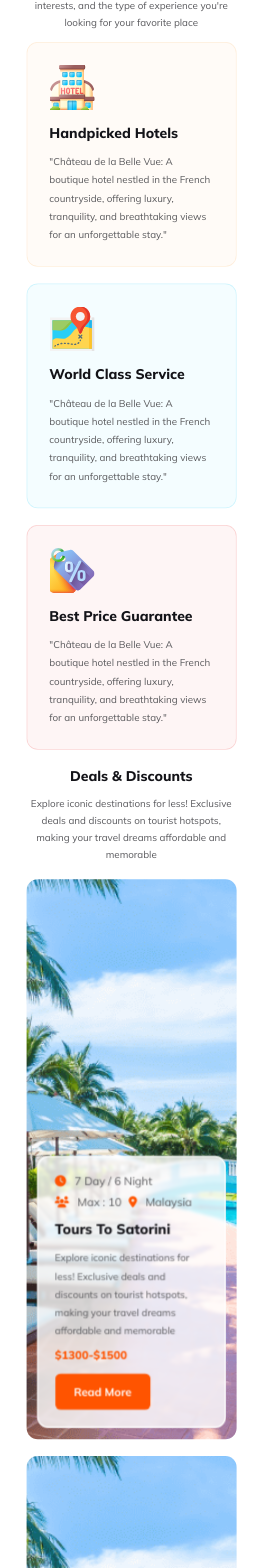
Repository: ShouravAhammed/Assignment-2
Page: index.html
The author's editor kept a copy of each file at every save. The page is drawn from the files as they stood at one save, then again after the next save.
The browser window is 375 px wide. The pictures show the part of the page from y = 4260 to 6500 px (the page is 7964 px tall), at 70% of full size.
Some web libraries are served in a nearby version.

Above is the page before, as saved 2024-01-16 18:34:11.

After the next save:
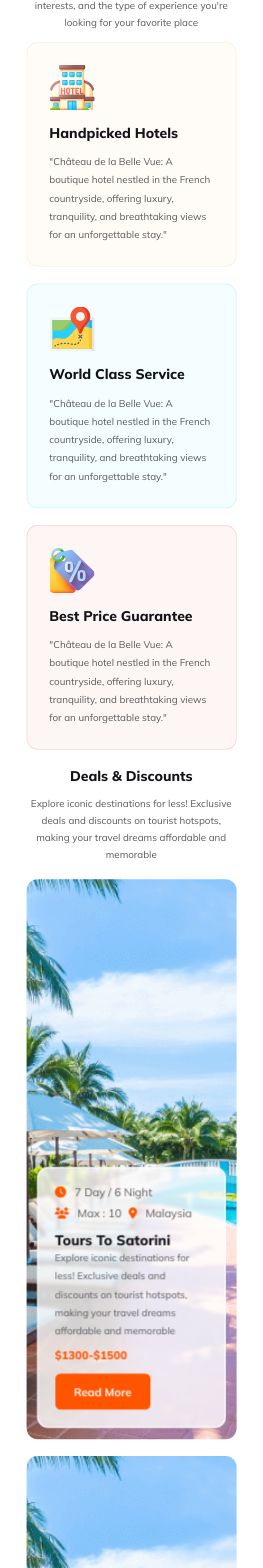
Saved 62 s later.
--- a/styles/style.css
+++ b/styles/style.css
@@ -534,6 +534,9 @@
     .date-time{
         gap: 10px;
     }
+    .title-gap{
+        margin-bottom: 0;
+    }
     .deals-price {
         font-size: 1rem;
         margin-top: 12px;
